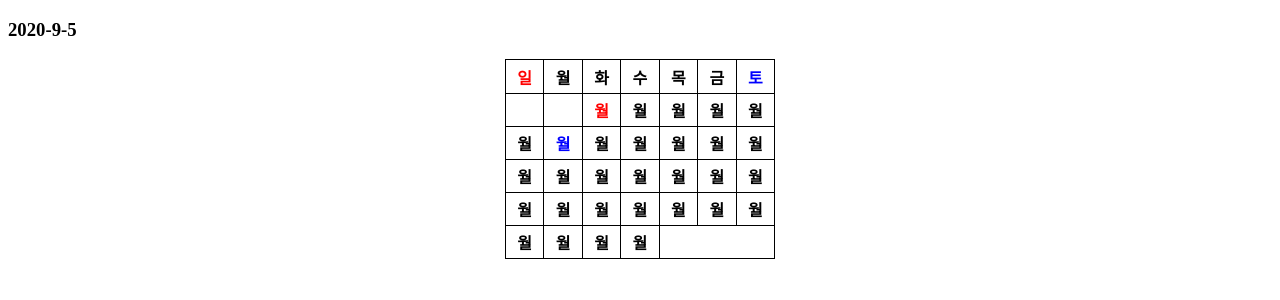
Repository: gyungmean/2020_2_webProgramming
Page: http://localhost/week6/Practice19/Practice19.jsp
The author's editor kept a copy of each file at every save. The page is drawn from the files as they stood at one save, then again after a run of saves.
The browser window is 1280 px wide. The pictures show the whole page.
The page is served by Tomcat 9.

Above is the page before, as saved 2020-10-26 13:58:19.

### week6/week6/WebContent/Practice19/Practice19.jsp
<%--컴퓨터학과 20190941 김경민 --%>
<%--최적 실행화면 : Eclipse built-in --%>
<%@ page language="java" contentType="text/html; charset=UTF-8"
    pageEncoding="UTF-8"%>
<!DOCTYPE html>
<html>
<head>
<title>calendar.jsp</title>
<style>
	table.cal {
		width: 270px;
	    height: 200px;
	    border: 1px solid black;
	    border-collapse: collapse;
  	}
  	th.cal, td.cal {
    	border: 1px solid black;
    	text-align: center;
    	font-weight: bold;
  	}
</style>
</head>
<body>
<%@ page import="java.util.Calendar" %>
<%!
	public String parseDay(int cnt, String day){
		if(cnt == 7){
			return "<font color=\"blue\">" + day + "</font>";
		}
		else if(cnt == 1){
			return "<font color=\"red\">" + day + "</font>";
		}
		return "<font color=\"black\">" + day + "</font>";
	}
%>
<%
	Calendar today = Calendar.getInstance();

	int year = today.get(Calendar.YEAR);
	int month = today.get(Calendar.MONTH) + 1;
	Calendar cal = Calendar.getInstance();;
	cal.set(year, month - 1, 1);
	int date = today.get(Calendar.DATE);

	out.println("<h3>" + year + "-" + month + "-" + date + "</h3>");

	cal.set(year, month - 1, 1);
	int day = cal.get(Calendar.DAY_OF_WEEK);
	int day_count = 0;
	String[] day_word = {"일", "월" , "화", "수", "목", "금", "토"};

	out.println("<div align=\"center\">");
	out.println("<table class=\"cal\">");
	out.println("<tr class=\"cal\">");
		for(int i = 1; i <= 7; i++){
			out.println("<td class=\"cal\">" + parseDay(i, day_word[i - 1]) + "</td>");
		}
	out.println("</tr>");

		out.println("<tr class=\"cal\">");
		for(int j = 1; j < day; j++){
			out.println("<td class=\"cal\">&nbsp;</td>");
			day_count++;
		}
		for(int j = 1; j <= cal.getActualMaximum(Calendar.DAY_OF_MONTH); j++){
			if(day_count % 7 == 0){
				out.println("</tr>");
				out.println("<tr class=\"cal\">");
			}
			out.println("<td class=\"cal\">"+ parseDay(j, "월") + "</td>");
			day_count++;
		}
		out.println("</tr>");
	out.println("</table>");
	out.println("</div>");

%>
</body>
</html>

After the next 2 saves:
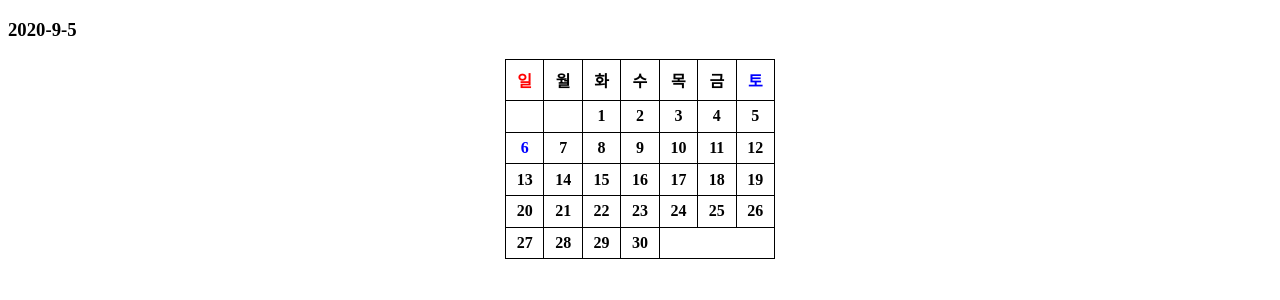
The 2 saves are shown as one change because 1 did not build or start.
The last was saved 2 min 38 s later.
--- a/week6/week6/WebContent/Practice19/Practice19.jsp
+++ b/week6/week6/WebContent/Practice19/Practice19.jsp
@@ -56,18 +56,17 @@
 			out.println("<td class=\"cal\">" + parseDay(i, day_word[i - 1]) + "</td>");
 		}
 	out.println("</tr>");
-
-		out.println("<tr class=\"cal\">");
-		for(int j = 1; j < day; j++){
+	out.println("<tr class=\"cal\">");
+		for(int i = 1; i < day; i++){
 			out.println("<td class=\"cal\">&nbsp;</td>");
 			day_count++;
 		}
-		for(int j = 1; j <= cal.getActualMaximum(Calendar.DAY_OF_MONTH); j++){
+		for(int i = 1; i <= cal.getActualMaximum(Calendar.DAY_OF_MONTH); i++){
 			if(day_count % 7 == 0){
 				out.println("</tr>");
 				out.println("<tr class=\"cal\">");
 			}
-			out.println("<td class=\"cal\">"+ parseDay(j, "월") + "</td>");
+			out.println("<td class=\"cal\">"+ parseDay(day_count, Integer.toString(i)) + "</td>");
 			day_count++;
 		}
 		out.println("</tr>");
